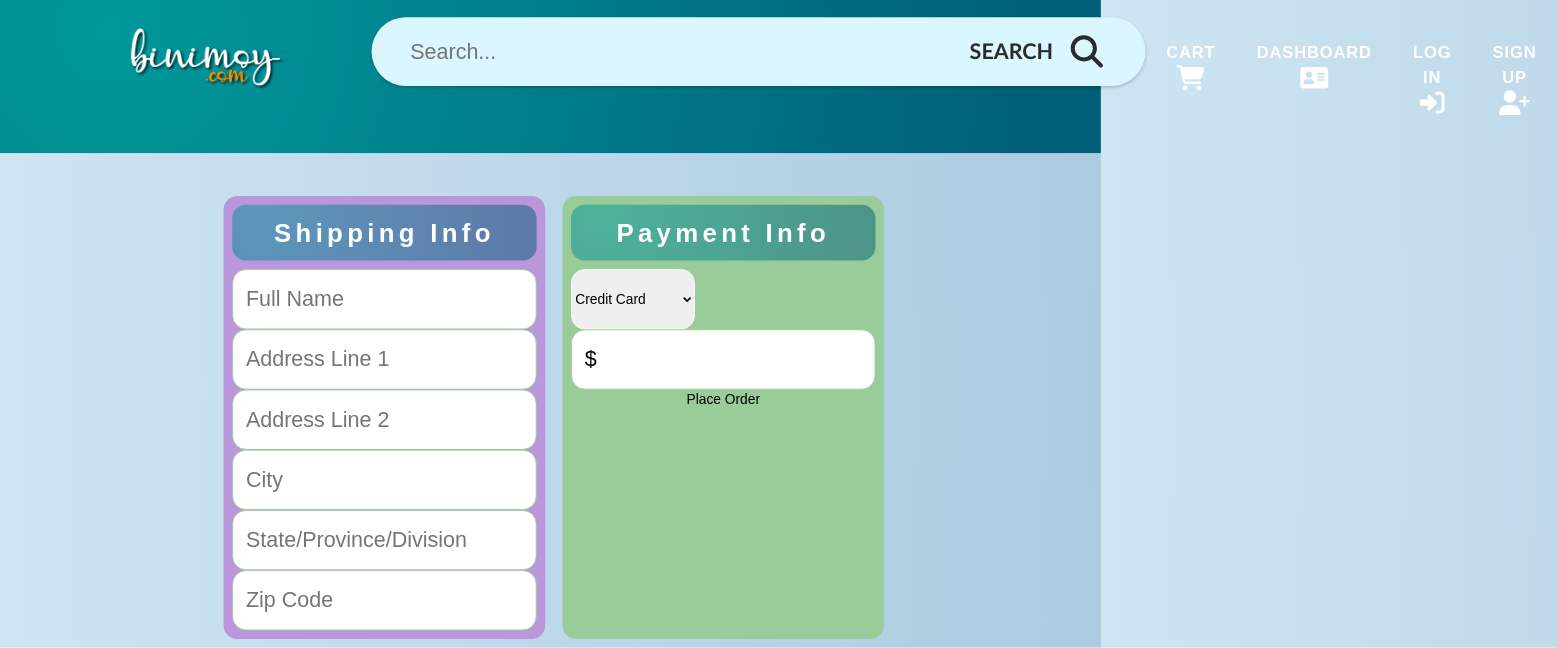
Repository: Shadman2024/2_1_DatabaseProject
Page: /checkout (app in frontend/)
The author's editor kept a copy of each file at every save. The page is drawn from the files as they stood at one save, then again after the next save.
The browser window is 1280 px wide. The page is 1811 px wide, so the pictures cover 1811 px, including what lies to the right of the window. The pictures show the whole page, at 86% of full size.
Some web libraries are served in a nearby version. The project was rebuilt for these pictures with package versions that can differ from the ones it lists, and the page was loaded fresh each time. Also part of the build but not shown: frontend/src/App.css, frontend/src/signUp/signup.js, frontend/src/logIn/login.js, frontend/src/Home/home.module.css, frontend/src/Home/hero.js, frontend/src/Home/hero2.js, frontend/src/Home/hero3.js, frontend/src/Home/smallcategory.module.css and 31 more.

Above is the page before, as saved 2024-03-08 14:51:29.

After the next save:
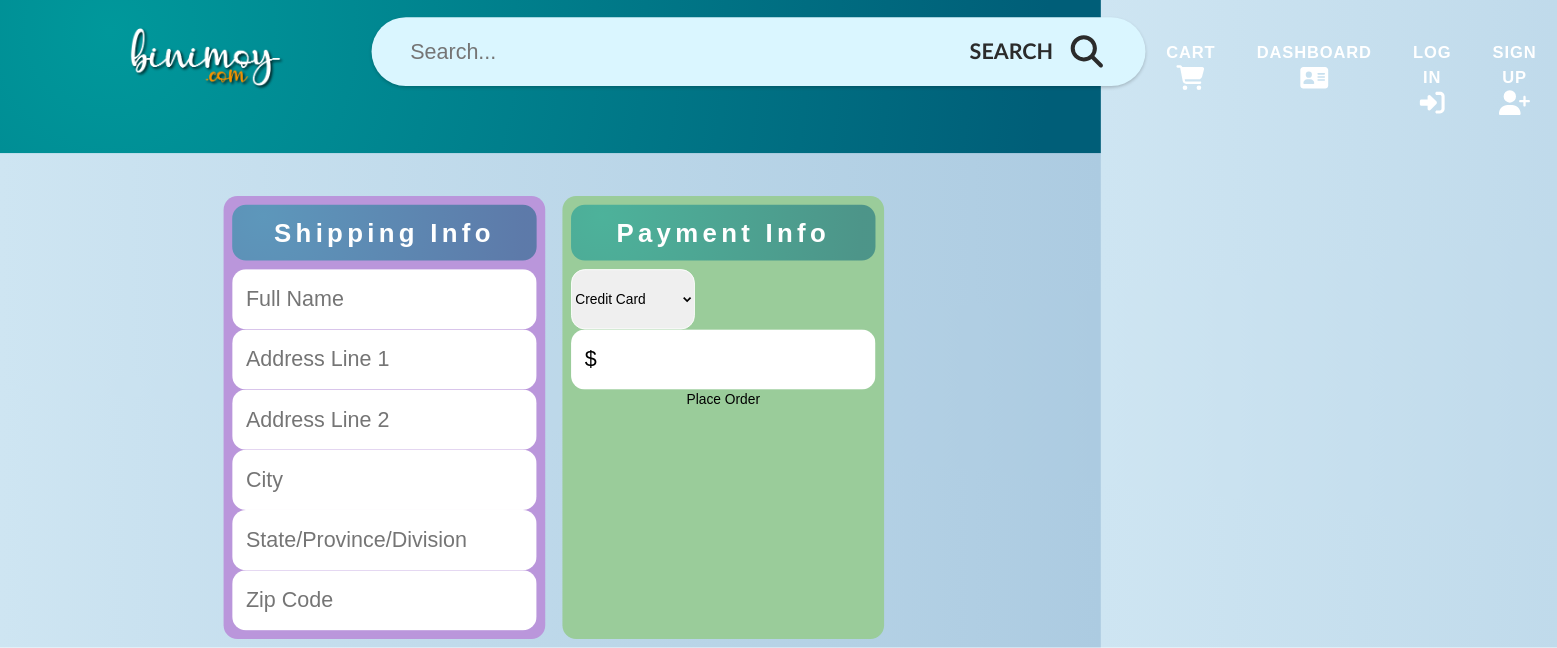
Saved 14 s later.
--- a/frontend/src/checkout/checkout.module.css
+++ b/frontend/src/checkout/checkout.module.css
@@ -42,7 +42,7 @@
 }
 input{
     background-color: #ffffff;
-    border: 1px solid #9acc9a;
+    border: 1px solid #9acc9a00;
     color: black;
     height: 70px;
     border-radius: 1rem 1rem 1rem 1rem;
